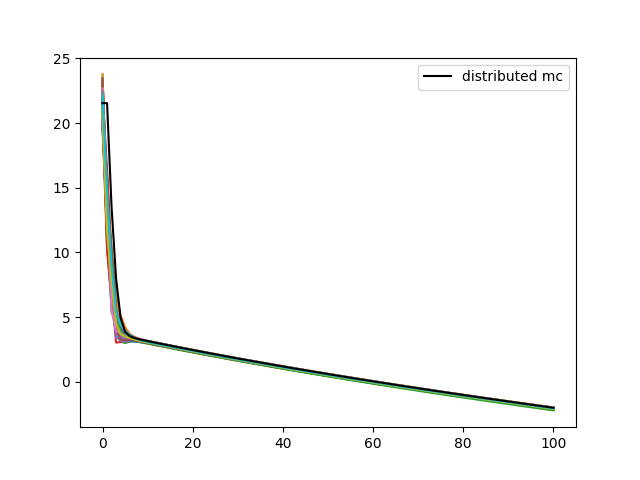
Repository: komuro-zero/distributed-optimization
Script's output: python main_weakly_sparse.py
The author's editor kept a copy of each file at every save. The script's output is drawn from the files as they stood at one save, then again after the next save.
Random numbers start from a fixed seed.

Above is the script's output before, as saved 2019-09-25 10:26:10.

After the next save:
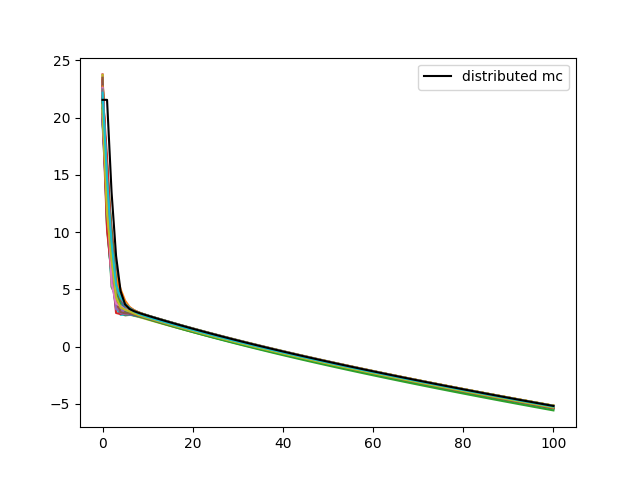
Saved 13 s later.
--- a/main_weakly_sparse.py
+++ b/main_weakly_sparse.py
@@ -16,7 +16,7 @@ class distributed_updates(functions):
         self.iteration = 100
         self.sparsity_percentage = 0.2
         self.lamb = 10**-2
-        self.eta = 0.005
+        self.eta = 0.009
         self.rho = self.lamb*(10**2)
         if self.lamb/self.rho <= self.eta*self.lamb:
             print("faulty rho")
